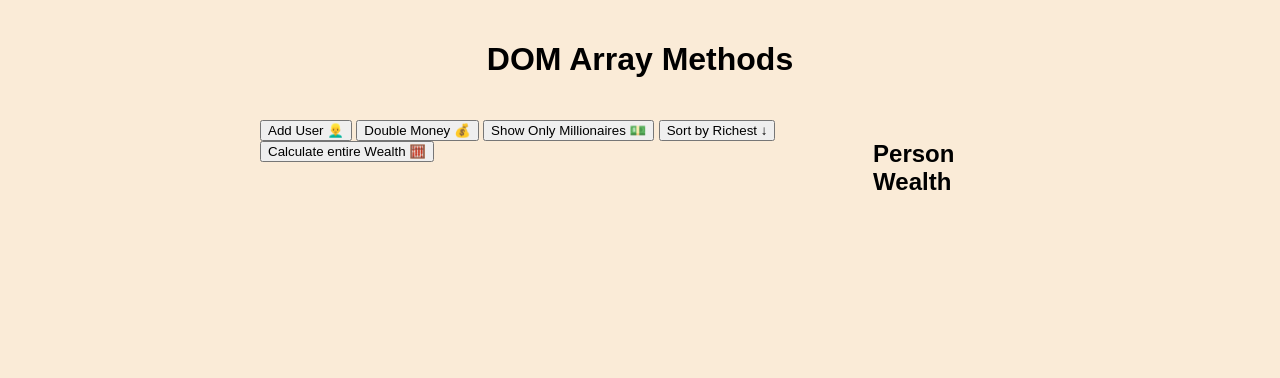
Repository: AbrorjonKuchkarov/DOM-Array-Methods
Page: index.html
These files come from the project's save history. The page is drawn as it stood at one moment and after the next save; the edit follows.
The browser window is 1280 px wide. The pictures show the whole page.

Above is the page before, as saved 2022-02-24 15:40:03.

### index.html
<!DOCTYPE html>
<html lang="en">
<head>
   <meta charset="UTF-8">
   <meta http-equiv="X-UA-Compatible" content="IE=edge">
   <meta name="viewport" content="width=device-width, initial-scale=1.0">
   <link rel="stylesheet" href="style.css">
   <title>DOM Array Methods</title>
</head>
<body>
   <h1>DOM Array Methods</h1>
      <div class="container">
         <aside class="btns">
            <button id="add-user">Add User 👱‍♂️</button>
            <button id="double">Double Money 💰</button>
            <button id="show-millionaires">Show Only Millionaires 💵</button>
            <button id="sort">Sort by Richest ↓</button>
            <button id="calculate-wealth">Calculate entire Wealth 🧮</button>
         </aside>

         <main id="main">
            <h2><strong>Person</strong> Wealth</h2>
         </main>


      </div>



   <script src="app.js"></script>
</body>
</html>

### style.css
*{
   box-sizing: border-box;
}

body{
   margin: 0;
   padding: 20px;
   display: flex;
   flex-direction: column;
   align-items: center;
   height: 100vh;
   font-family: Arial, Helvetica, sans-serif;
   background-color: antiquewhite;
}

.container{
   display: flex;
   max-width: 100%;
   width: 800px;
   padding: 20px;
   margin: 0 auto;
}

/* button {
   display: block;
   width: 100%;
   font-size: 20px;
   margin-bottom: 10px;
   border-radius: 7px;
   outline: none;
   padding: 5px 15px;
   border: 1px solid rgb(148, 140, 140);
} */

Loaded but not shown: app.js (no copy from this time; the picture is the same without it)

After the next save:
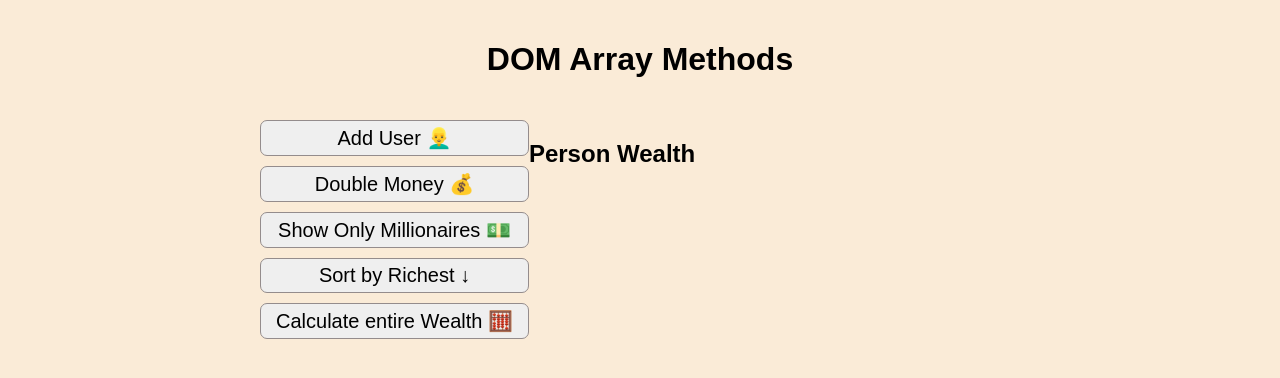
Saved 8 s later.
--- a/style.css
+++ b/style.css
@@ -21,7 +21,7 @@ body{
    margin: 0 auto;
 }
 
-/* button {
+button {
    display: block;
    width: 100%;
    font-size: 20px;
@@ -30,4 +30,4 @@ body{
    outline: none;
    padding: 5px 15px;
    border: 1px solid rgb(148, 140, 140);
-} */
+}
